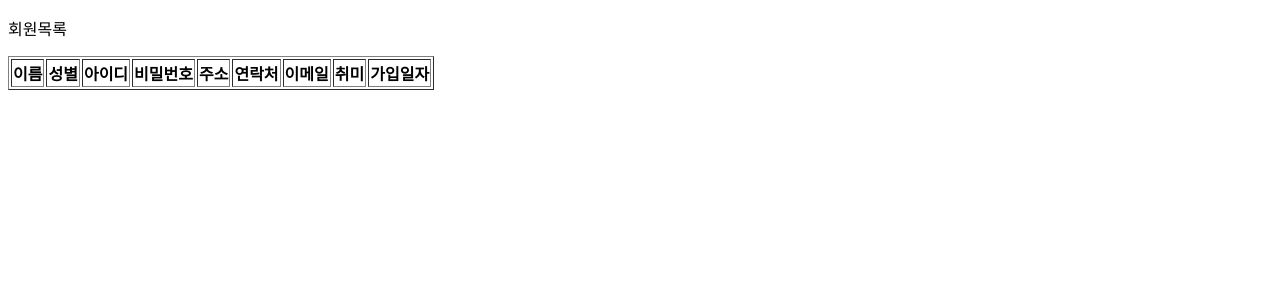
Repository: zero1128/20201113
Page: http://localhost/chap04/List
An editor plug-in stored every save of this project. The page is shown before and after a run of saves, followed by the edit.
The browser window is 1280 px wide. The pictures show the whole page.
The page is served by Tomcat 9. Queries for data that is not in the repository find no rows.

Above is the page before, as saved 2020-11-06 02:50:57.

After the next 3 saves:
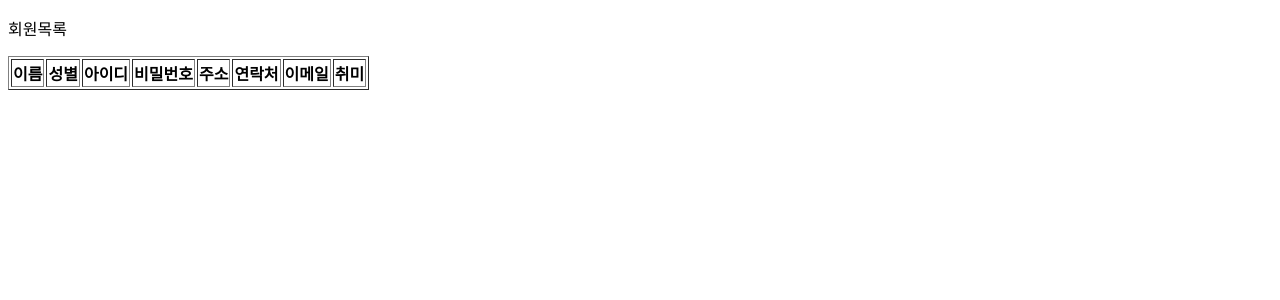
The 3 saves are shown as one change because they came seconds apart.
The last was saved 51 s later.
--- a/chap04/WebContent/list.jsp
+++ b/chap04/WebContent/list.jsp
@@ -15,7 +15,7 @@
 	<tr>
 		<th>이름</th><th>성별</th><th>아이디</th><th>비밀번호</th>
 		<th>주소</th>
-		<th>연락처</th><th>이메일</th><th>취미</th><th>가입일자</th>
+		<th>연락처</th><th>이메일</th><th>취미</th>
 	</tr>
 	<%
 	ArrayList<Member> al = (ArrayList<Member>) request.getAttribute("list");
@@ -26,14 +26,12 @@
 		<tr>
 	<%
 		out.println("<td>"+al.get(i).getPname()+"</td>");
-		out.println("<td>"+al.get(i).getPname()+"</td>");
-		out.println("<td>"+al.get(i).getPname()+"</td>");
-		out.println("<td>"+al.get(i).getPname()+"</td>");
-		out.println("<td>"+al.get(i).getPname()+"</td>");
-		out.println("<td>"+al.get(i).getPname()+"</td>");
-		out.println("<td>"+al.get(i).getPname()+"</td>");
-		out.println("<td>"+al.get(i).getPname()+"</td>");
-		out.println("<td>"+al.get(i).getPname()+"</td>");
+		out.println("<td>"+al.get(i).getPgender()+"</td>");
+		out.println("<td>"+al.get(i).getPid()+"</td>");
+		out.println("<td>"+al.get(i).getPpwd()+"</td>");
+		out.println("<td>"+al.get(i).getPaddr()+"</td>");
+		out.println("<td>"+al.get(i).getPemail()+"</td>");
+		out.println("<td>"+al.get(i).getPhobby()+"</td>");
 	%>
 		</tr>
 	<%
